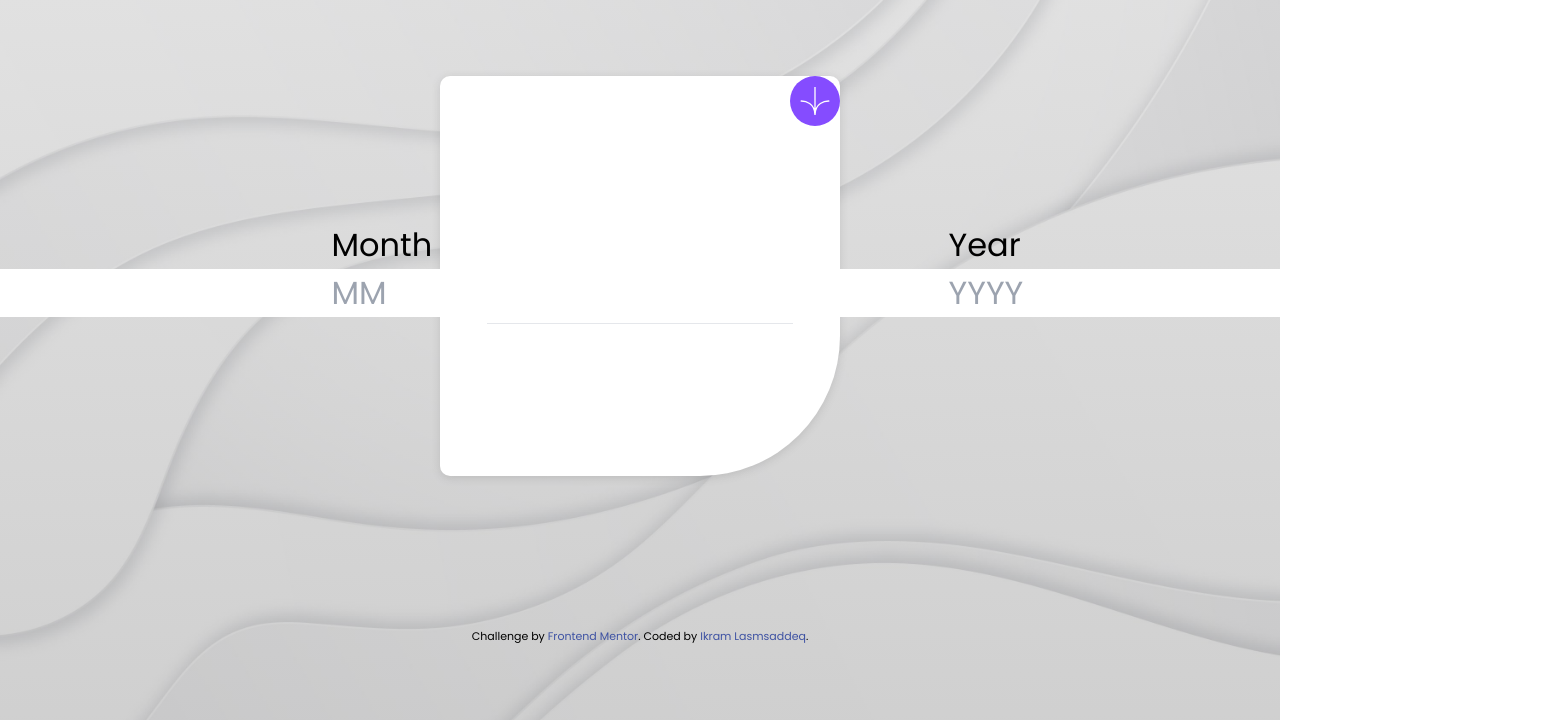
Repository: ikram-lisa/age-display
Page: /
An editor plug-in stored every save of this project. The page is shown before and after the next save, followed by the edit.
The browser window is 1280 px wide. The page is 1566 px wide, then 1280 px, so the pictures cover 1566 px, including what lies to the right of the window. The pictures show the whole page.
Some web libraries are served in a nearby version. The project was rebuilt for these pictures with package versions that can differ from the ones it lists, and the page was loaded fresh each time.

Above is the page before, as saved 2024-04-30 23:24:09.

### index.html
<!DOCTYPE html>
<html lang="en">
  <head>
    <meta charset="UTF-8" />
    <meta name="viewport" content="width=device-width, initial-scale=1.0" />
    <!-- displays site properly based on user's device -->
    <link href="https://cdn.tailwindcss.com" rel="stylesheet" />
    <link rel="stylesheet" href="./css/style.scss" />
    <link
      rel="icon"
      type="image/png"
      sizes="32x32"
      href="./assets/images/favicon-32x32.png"
    />

    <title>Frontend Mentor | Age calculator app</title>
    <style>
      .attribution {
        font-size: 11px;
        text-align: center;
      }
      .attribution a {
        color: hsl(228, 45%, 44%);
      }
    </style>
  </head>
  <!-- <script type="module" src="js/script.js"></script> -->
  <body>
    <section class="calculator">
      <header>
        <form class="form" action="">
          <div class="formInput active error">
            <label for="day">Day</label>
            <input class="day" id="day" type="number" placeholder="DD" />
          </div>

          <div class="formInput active error">
            <label for="month">Month</label>
            <input class="month" id="month" type="number" placeholder="MM" />
          </div>

          <div class="formInput active error">
            <label for="year">Year</label>
            <input class="year" id="year" type="number" placeholder="YYYY" />
          </div>
        </form>
      </header>

      <button class="submit">
        <img src="./assets/images/icon-arrow.svg" alt="submit" />
      </button>

      <hr class="separator" />
      <div class="result">
        <p class="days"></p>
        <p class="month"></p>
        <p class="years"></p>
      </div>
    </section>
    <footer>
      <div class="attribution">
        Challenge by
        <a href="https://www.frontendmentor.io?ref=challenge" target="_blank"
          >Frontend Mentor</a
        >. Coded by <a href="#">Ikram Lasmsaddeq</a>.
      </div>
    </footer>
  </body>
</html>

### css/style.scss
@use "./base/variable" as *;
@use "./base/font.scss" as *;

@tailwind base;
@tailwind components;
@tailwind utilities;

* {
  margin: 0;
  padding: 0;
  box-sizing: border-box;
}
body {
  height: 100vh;
  background: linear-gradient(
      rgba(196, 196, 196, 0.5),
      rgba(161, 161, 161, 0.5)
    ),
    url("../images/background.jpg");
  background-size: cover;
  background-position: center;
  background-repeat: no-repeat;
  font-size: 32px;
  font-family: "Poppins", sans-serif;
  display: grid;
  place-items: center;
}
.calculator {
  width: 30%;
  min-width: 400px;
  height: 400px;
  background-color: white;
  border-radius: 10px 10px 140px 10px;
  box-shadow: rgba(99, 99, 99, 0.2) 0px 2px 8px 0px;
  position: relative;
  display: flex;
  flex-direction: column;
  align-items: center;
  justify-content: center;
  padding: 30px;
  .form {
    display: flex;
    justify-content: space-between;
    align-items: center;
    .formInput {
      display: flex;
      flex-direction: column;
      input[type="text"] {
        text-align: right;
        margin-bottom: 10px;
      }
    }
  }
  .submit {
    width: 50px;
    height: 50px;
    border-radius: 50%;
    display: flex;
    justify-content: center;
    align-items: center;
    background-color: $purple;
    color: white;
    border: none;
    padding: 10px;
    position: absolute;
    top: 0;
    right: 0;
    cursor: pointer;
    transition: all 0.3s;

    &:hover {
      background-color: darken($purple, 10%);
    }
  }

  .separator {
    width: 90%;
    height: 1px;
    background-color: $lightGrey;
    margin: 6px auto;
  }
}

@media (max-width: 375px) {
}
@media (max-width: 768px) {
}
@media (max-width: 1440px) {
}

### css/base/_variable.scss
// Primary

$purple: hsl(259, 100%, 65%);
$lightRed: hsl(0, 100%, 67%);

// Neutral

$white: hsl(0, 0%, 100%);
$offWhite: hsl(0, 0%, 94%);
$lightGrey: hsl(0, 0%, 86%);
$smokeyGrey: hsl(0, 1%, 44%);
$offBlack: hsl(0, 0%, 8%);

### css/base/_font.scss
@import url("https://fonts.googleapis.com/css2?family=Montserrat:ital,wght@0,100..900;1,100..900&family=Open+Sans:ital,wght@0,400;0,600;0,700;0,800;1,400;1,700;1,800&family=Poppins:ital,wght@0,200;0,300;0,400;0,500;0,600;0,700;0,800;0,900;1,100;1,200;1,300;1,400;1,500;1,600;1,700;1,800;1,900&display=swap");

Loaded but not shown: tailwind.config.js (1075 lines, source omitted)

After the next save:
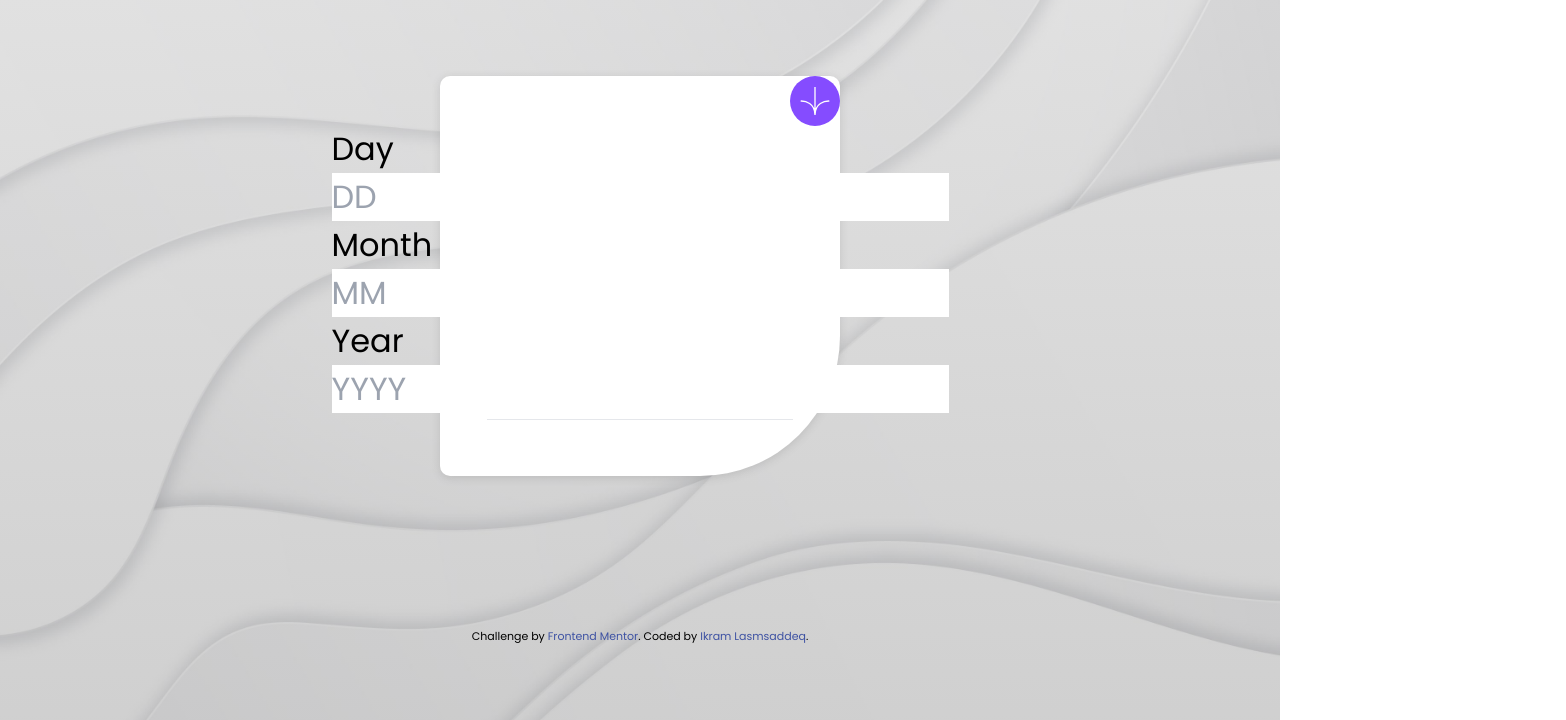
Saved 4 min 21 s later.
--- a/css/style.scss
+++ b/css/style.scss
@@ -42,6 +42,7 @@ body {
     display: flex;
     justify-content: space-between;
     align-items: center;
+    flex-wrap: wrap;
     .formInput {
       display: flex;
       flex-direction: column;
